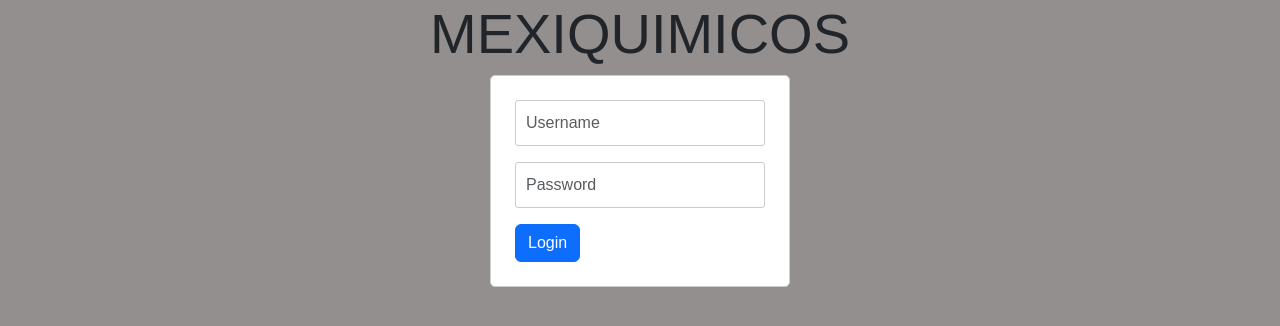
Repository: iDiv3r/MexiQuimicosIsay
Page: Index.html
The author's editor kept a copy of each file at every save. The page is drawn from the files as they stood at one save, then again after the next save.
The browser window is 1280 px wide. The pictures show the whole page.

Above is the page before, as saved 2023-11-24 23:55:35.

After the next save:
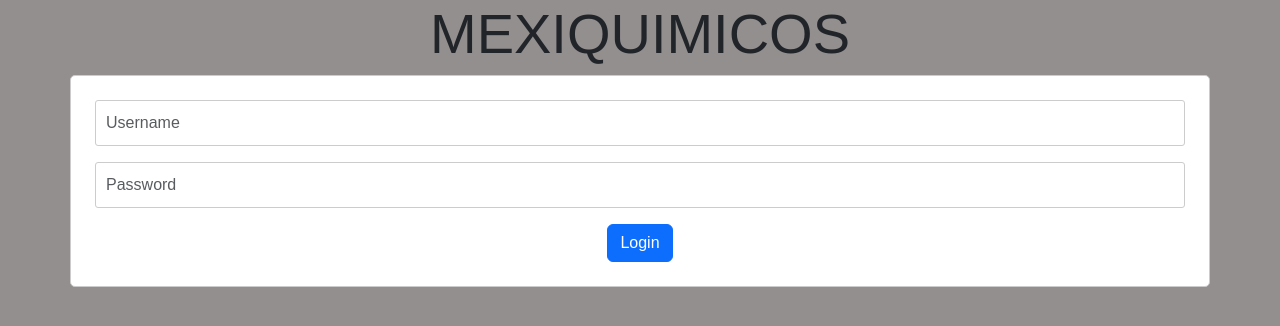
Saved 2 min 8 s later.
--- a/Index.html
+++ b/Index.html
@@ -50,6 +50,9 @@
 </head>
 <body>
   <h1 class="display-4 text-align-absolute text-dark">MEXIQUIMICOS</h1>
+
+  <div class="container text-center">
+    <div class="row justify-content-md-center">
   <form class="p-4">
     <div class="mb-3">
       <input type="text" class="form-control" placeholder="Username" required>
